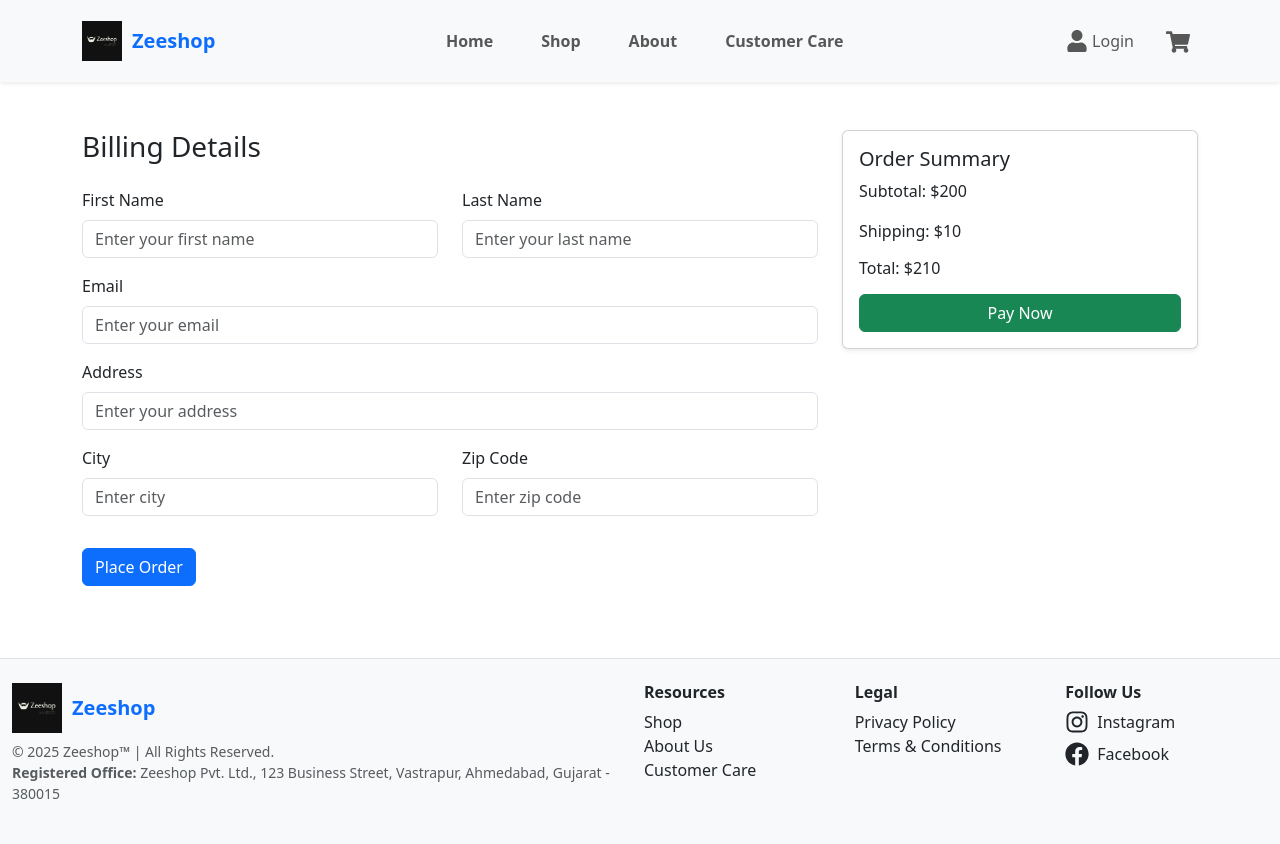
Repository: zeel2306/React-Projects
Page: /billing (app in shop/)
An editor plug-in stored every save of this project. The page is shown before and after the next save, followed by the edit.
The browser window is 1280 px wide. The pictures show the whole page.
The project was rebuilt for these pictures with package versions that can differ from the ones it lists, and the page was loaded fresh each time. Also part of the build but not shown: shop/src/index.css, shop/src/Components/Login.jsx, shop/src/Components/Slider.jsx, shop/src/Components/Product.jsx, shop/src/Components/About.jsx, shop/src/Components/Customercare.jsx, shop/src/Components/ProductDetail.jsx, shop/src/Components/PrivacyPolicy.jsx and 7 more.

Above is the page before, as saved 2025-08-06 15:08:24.

### shop/src/App.js
// src/App.js
import Footer from './Components/Footer';
import Login from './Components/Login';
import Navbar from './Components/Navbar';
import Slider from './Components/Slider';
import Product from './Components/Product';
import About from './Components/About';
import CustomerCare from './Components/Customercare';
import ProductDetails from './Components/ProductDetail';
import PrivacyPolicy from './Components/PrivacyPolicy';
import TermsAndConditions from './Components/TermsAndConditions';
import StatsSection from "./Components/StatsSection";
import Testimonials from "./Components/Testimonials";
import Cart from './Components/Cart';
import WelcomePopup from "./Components/WelcomePopup";
import Features from './Components/Features';
import Billing from "./Components/Billing";
import { AuthProvider } from './Components/AuthContext';
import { CartProvider } from './Components/CartContext';
import { BrowserRouter as Router, Routes, Route } from "react-router-dom";
import BrandSlider from './Components/BrandSlider';

function App() {
  return (
    <AuthProvider>
      <CartProvider>
        <Router>
          <div className="App d-flex flex-column min-vh-100">
            <Navbar />
            <main className="flex-grow-1 mb-4">
              <Routes>
                <Route
                  path="/"
                  element={
                    <>
                      <WelcomePopup />
                      <Slider />
                      <StatsSection />
                      <Product />
                      <Features />
                      <Testimonials />
                      <BrandSlider />
                    </>
                  }
                />
                <Route path="/shop" element={<Product />} />
                <Route path="/login" element={<Login />} />
                <Route path="/cart" element={<Cart />} />
                <Route path="/about" element={<About />} />
                <Route path="/customer-care" element={<CustomerCare />} />
                <Route path="/privacy" element={<PrivacyPolicy />} />
                <Route path="/product/:id" element={<ProductDetails />} />
                  <Route path="/billing" element={<Billing />} />
                <Route path="/terms-and-conditions" element={<TermsAndConditions />} />
              </Routes>
            </main>
            <Footer />
          </div>
        </Router>
      </CartProvider>
    </AuthProvider>
  );
}

export default App;

### shop/src/Components/Footer.jsx
import React from "react";
import { Container, Row, Col } from "react-bootstrap";
import { FaFacebook, FaInstagram } from "react-icons/fa";

export default function AppFooter() {
  return (
    <footer className="bg-light text-dark py-4 border-top">
      <Container fluid>
        <Row className="align-items-start gx-2">
          {/* Brand + Address (Wider Column) */}
          <Col md={6} className="mb-3">
            <div className="d-flex align-items-center mb-2">
              <img
                src="/zeeshop-logo.png"
                alt="Zeeshop Logo"
                style={{ height: "50px", width: "50px", marginRight: "10px" }}
              />
              <h5 className="fw-bold text-primary m-0">Zeeshop</h5>
            </div>
            <p className="text-muted small m-0">
              © 2025 Zeeshop™ | All Rights Reserved.
            </p>
            <p className="text-muted small m-0">
              <strong>Registered Office:</strong> Zeeshop Pvt. Ltd., 123 Business Street, Vastrapur, Ahmedabad, Gujarat - 380015
            </p>
          </Col>

          {/* Resources */}
          <Col md={2} className="mb-3">
            <h6 className="fw-bold">Resources</h6>
            <ul className="list-unstyled m-0">
              <li><a href="/" className="text-dark text-decoration-none">Shop</a></li>
              <li><a href="/about" className="text-dark text-decoration-none">About Us</a></li>
              <li><a href="/customer-care" className="text-dark text-decoration-none">Customer Care</a></li>
            </ul>
          </Col>

          {/* Legal */}
          <Col md={2} className="mb-3">
            <h6 className="fw-bold">Legal</h6>
            <ul className="list-unstyled m-0">
              <li><a href="/privacy" className="text-dark text-decoration-none">Privacy Policy</a></li>
              <li><a href="/terms-and-conditions" className="text-dark text-decoration-none">Terms & Conditions</a></li>
            </ul>
          </Col>

          {/* Follow Us */}
          <Col md={2} className="mb-3">
            <h6 className="fw-bold">Follow Us</h6>
            <ul className="list-unstyled m-0">
              <li className="mb-2">
                <a href="https://instagram.com" className="text-dark text-decoration-none d-flex align-items-center">
                  <FaInstagram className="me-2 fs-4" /> <span>Instagram</span>
                </a>
              </li>
              <li>
                <a href="https://facebook.com" className="text-dark text-decoration-none d-flex align-items-center">
                  <FaFacebook className="me-2 fs-4" /> <span>Facebook</span>
                </a>
              </li>
            </ul>
          </Col>


        </Row>
      </Container>
    </footer>
  );
}

### shop/src/Components/Navbar.jsx
import React, { useContext } from "react";
import { Navbar, Nav, Container, Badge } from "react-bootstrap";
import { FaShoppingCart, FaUser } from "react-icons/fa";
import { Link, NavLink, useNavigate } from "react-router-dom";
import { CartContext } from "./CartContext";
import { AuthContext } from "./AuthContext";

export default function AppNavbar() {
  const { cartItems } = useContext(CartContext);
  const { isLoggedIn, user, logout } = useContext(AuthContext);
  const navigate = useNavigate();

  const handleLogout = () => {
    logout();
    navigate("/");
  };

  return (
    <Navbar bg="light" expand="lg" className="shadow-sm py-3">
      <Container>
        {/* Logo (Left) */}
        <Navbar.Brand
          as={Link}
          to="/"
          className="fw-bold text-primary d-flex align-items-center"
        >
          <img
            src="/zeeshop-logo.png"
            alt="Zeeshop Logo"
            style={{ height: "40px", width: "40px", marginRight: "10px" }}
          />
          Zeeshop
        </Navbar.Brand>

        <Navbar.Toggle aria-controls="navbar-nav" />
        <Navbar.Collapse id="navbar-nav">
          <div className="d-flex justify-content-between w-100 align-items-center">
            {/* Center: Nav Links */}
            <Nav className="mx-auto">
              <Nav.Link as={NavLink} to="/" className="mx-3 fw-semibold">
                Home
              </Nav.Link>
              <Nav.Link as={NavLink} to="/shop" className="mx-3 fw-semibold">
                Shop
              </Nav.Link>
              <Nav.Link as={NavLink} to="/about" className="mx-3 fw-semibold">
                About
              </Nav.Link>
              <Nav.Link as={NavLink} to="/customer-care" className="mx-3 fw-semibold">
                Customer Care
              </Nav.Link>
            </Nav>

            {/* Right: User & Cart */}
            <Nav className="d-flex align-items-center">
              {!isLoggedIn ? (
                <Nav.Link
                  as={NavLink}
                  to="/login"
                  className="me-3 d-flex align-items-center"
                >
                  <FaUser size={22} className="me-1" /> Login
                </Nav.Link>
              ) : (
                <>
                  <Nav.Link
                    disabled
                    className="me-3 d-flex align-items-center text-success fw-semibold"
                  >
                    <FaUser size={22} className="me-1" /> Welcome, {user?.name || "User"}
                  </Nav.Link>
                  <Nav.Link
                    onClick={handleLogout}
                    className="me-3 fw-semibold text-danger"
                  >
                    Logout
                  </Nav.Link>
                </>
              )}

              <Nav.Link as={NavLink} to="/cart" className="position-relative">
                <FaShoppingCart size={24} />
                {cartItems.length > 0 && (
                  <Badge
                    bg="danger"
                    pill
                    className="position-absolute top-0 start-100 translate-middle"
                  >
                    {cartItems.length}
                  </Badge>
                )}
              </Nav.Link>
            </Nav>
          </div>
        </Navbar.Collapse>
      </Container>
    </Navbar>
  );
}

### shop/src/Components/Billing.jsx
import React from "react";
import { Container, Row, Col, Form, Button, Card } from "react-bootstrap";

export default function Billing() {
  return (
    <Container className="my-5">
      <Row>
        <Col md={8}>
          <h3 className="mb-4">Billing Details</h3>
          <Form>
            <Row>
              <Col md={6}>
                <Form.Group className="mb-3">
                  <Form.Label>First Name</Form.Label>
                  <Form.Control type="text" placeholder="Enter your first name" />
                </Form.Group>
              </Col>
              <Col md={6}>
                <Form.Group className="mb-3">
                  <Form.Label>Last Name</Form.Label>
                  <Form.Control type="text" placeholder="Enter your last name" />
                </Form.Group>
              </Col>
            </Row>
            <Form.Group className="mb-3">
              <Form.Label>Email</Form.Label>
              <Form.Control type="email" placeholder="Enter your email" />
            </Form.Group>
            <Form.Group className="mb-3">
              <Form.Label>Address</Form.Label>
              <Form.Control type="text" placeholder="Enter your address" />
            </Form.Group>
            <Row>
              <Col md={6}>
                <Form.Group className="mb-3">
                  <Form.Label>City</Form.Label>
                  <Form.Control type="text" placeholder="Enter city" />
                </Form.Group>
              </Col>
              <Col md={6}>
                <Form.Group className="mb-3">
                  <Form.Label>Zip Code</Form.Label>
                  <Form.Control type="text" placeholder="Enter zip code" />
                </Form.Group>
              </Col>
            </Row>
            <Button variant="primary" type="submit" className="mt-3">
              Place Order
            </Button>
          </Form>
        </Col>

        <Col md={4}>
          <Card className="p-3 shadow-sm">
            <h5>Order Summary</h5>
            <p>Subtotal: $200</p>
            <p>Shipping: $10</p>
            <h6>Total: $210</h6>
            <Button variant="success" className="w-100 mt-2">
              Pay Now
            </Button>
          </Card>
        </Col>
      </Row>
    </Container>
  );
}

### shop/src/Components/AuthContext.jsx
// src/Components/AuthContext.jsx
import React, { createContext, useState, useEffect } from "react";

export const AuthContext = createContext();

export function AuthProvider({ children }) {
  const [isLoggedIn, setIsLoggedIn] = useState(false);
  const [user, setUser] = useState(null); // <-- store user info

  useEffect(() => {
    const storedLogin = localStorage.getItem("isLoggedIn");
    const storedUser = localStorage.getItem("user");
    if (storedLogin === "true") {
      setIsLoggedIn(true);
      if (storedUser) setUser(JSON.parse(storedUser));
    }
  }, []);

  useEffect(() => {
    localStorage.setItem("isLoggedIn", isLoggedIn);
    if (user) {
      localStorage.setItem("user", JSON.stringify(user));
    } else {
      localStorage.removeItem("user");
    }
  }, [isLoggedIn, user]);

  const login = (userData) => {
    setIsLoggedIn(true);
    setUser(userData);
  };

  const logout = () => {
    setIsLoggedIn(false);
    setUser(null);
    localStorage.removeItem("isLoggedIn");
    localStorage.removeItem("user");
  };

  return (
    <AuthContext.Provider value={{ isLoggedIn, user, setIsLoggedIn, login, logout }}>
      {children}
    </AuthContext.Provider>
  );
}

### shop/src/Components/CartContext.jsx
// src/Components/CartContext.jsx
import React, { createContext, useState, useEffect } from "react";

export const CartContext = createContext();

export function CartProvider({ children }) {
  // Initialize cart items from localStorage if available
  const [cartItems, setCartItems] = useState(() => {
    const savedItems = localStorage.getItem('cartItems');
    return savedItems ? JSON.parse(savedItems) : [];
  });

  // Save to localStorage whenever cart changes
  useEffect(() => {
    localStorage.setItem('cartItems', JSON.stringify(cartItems));
  }, [cartItems]);

  const addToCart = (product) => {
    setCartItems((prev) => {
      const exists = prev.find((item) => item.id === product.id);
      if (exists) {
        return prev.map((item) =>
          item.id === product.id ? { ...item, qty: (item.qty || 1) + 1 } : item
        );
      }
      return [...prev, { ...product, qty: 1 }];
    });
  };

  const removeFromCart = (id) => {
    setCartItems((prev) => prev.filter((item) => item.id !== id));
  };

  const updateQuantity = (id, quantity) => {
    setCartItems((prev) =>
      prev.map((item) =>
        item.id === id ? { ...item, qty: Math.max(1, quantity) } : item
      )
    );
  };

  const clearCart = () => {
    setCartItems([]);
  };

  return (
    <CartContext.Provider value={{
      cartItems,
      addToCart,
      removeFromCart,
      updateQuantity,
      clearCart
    }}>
      {children}
    </CartContext.Provider>
  );
}

Loaded but not shown: shop/public/index.html (common file); shop/src/index.js (common file); shop/src/reportWebVitals.js (common file)

After the next save:
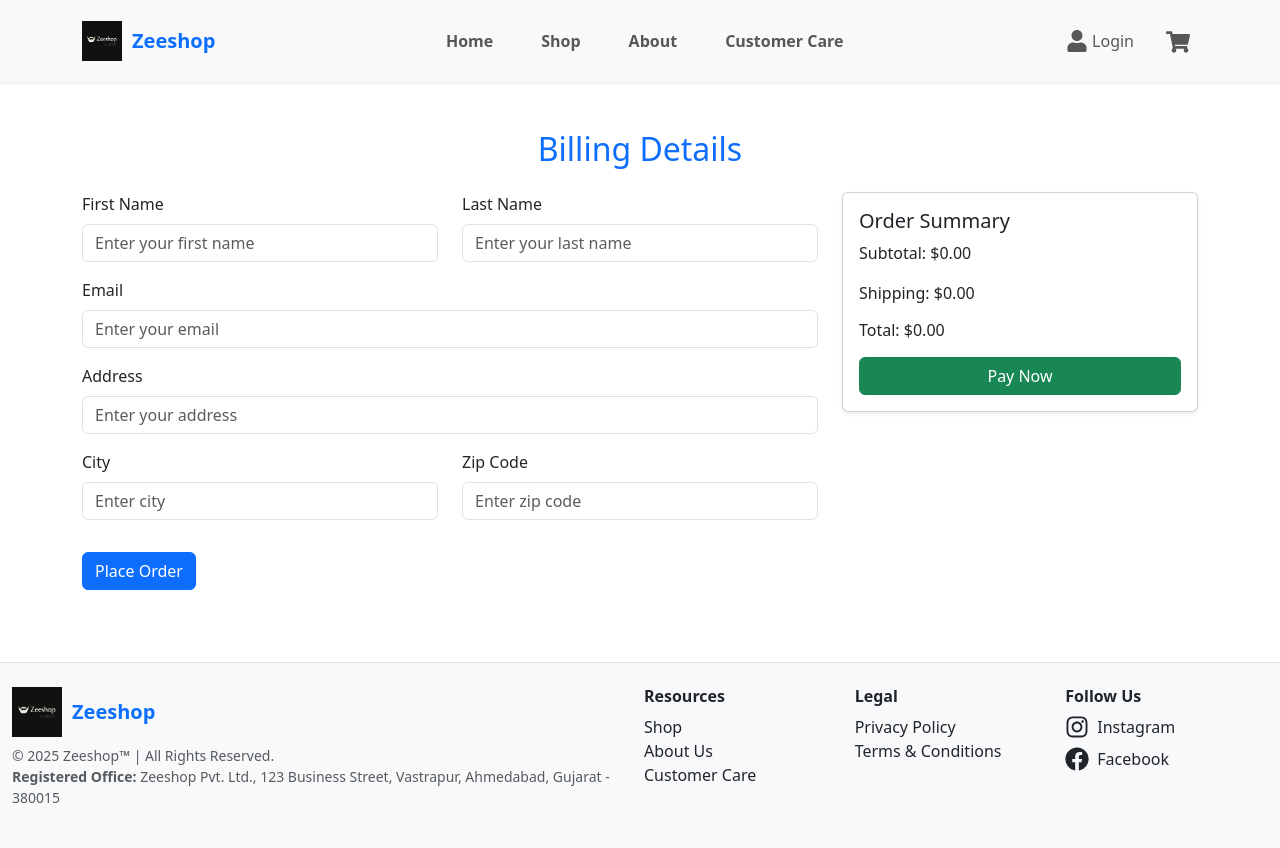
Saved 74 s later.
--- a/shop/src/Components/Billing.jsx
+++ b/shop/src/Components/Billing.jsx
@@ -1,12 +1,20 @@
-import React from "react";
+import React, { useContext } from "react";
 import { Container, Row, Col, Form, Button, Card } from "react-bootstrap";
+import { CartContext } from "./CartContext";
 
 export default function Billing() {
+  const { cartItems } = useContext(CartContext);
+
+  // Calculate totals
+  const subtotal = cartItems.reduce((sum, item) => sum + item.price * (item.qty || 1), 0);
+  const shipping = subtotal > 0 ? 10 : 0; // Example shipping cost
+  const total = subtotal + shipping;
+
   return (
     <Container className="my-5">
+      <h2 className="mb-4 text-center text-primary">Billing Details</h2>
       <Row>
         <Col md={8}>
-          <h3 className="mb-4">Billing Details</h3>
           <Form>
             <Row>
               <Col md={6}>
@@ -53,9 +61,9 @@ export default function Billing() {
         <Col md={4}>
           <Card className="p-3 shadow-sm">
             <h5>Order Summary</h5>
-            <p>Subtotal: $200</p>
-            <p>Shipping: $10</p>
-            <h6>Total: $210</h6>
+            <p>Subtotal: ${subtotal.toFixed(2)}</p>
+            <p>Shipping: ${shipping.toFixed(2)}</p>
+            <h6>Total: ${total.toFixed(2)}</h6>
             <Button variant="success" className="w-100 mt-2">
               Pay Now
             </Button>
